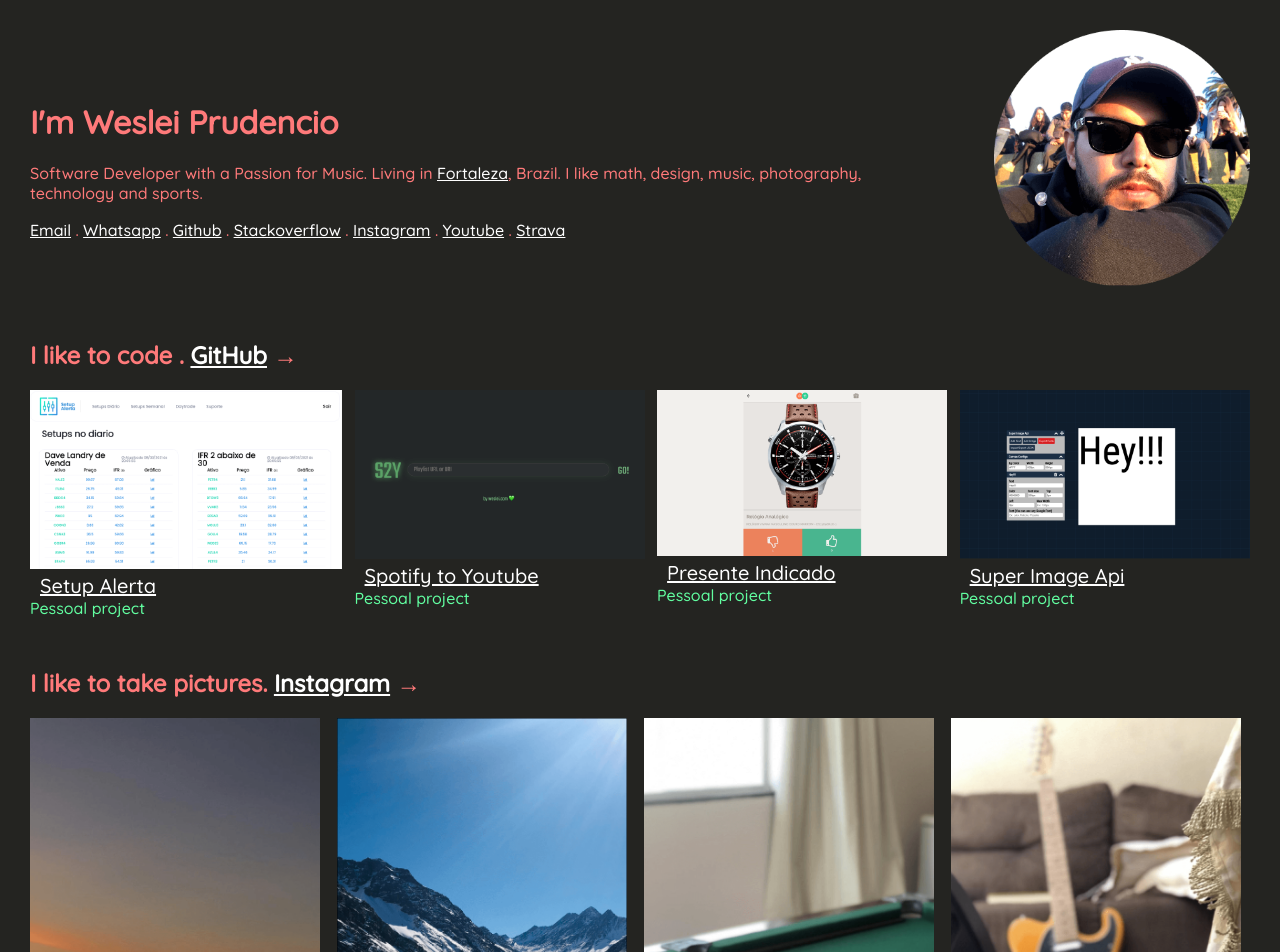
Repository: wprudencio/mywebsite
Page: index_src.html
These files come from the project's save history. The page is drawn as it stood at one moment and after the next save; the edit follows.
The browser window is 1280 px wide. The pictures show the part of the page from y = 0 to 952 px (the page is 1973 px tall before and 1993 px after).

Above is the page before, as saved 2021-04-15 21:15:26.

After the next save:
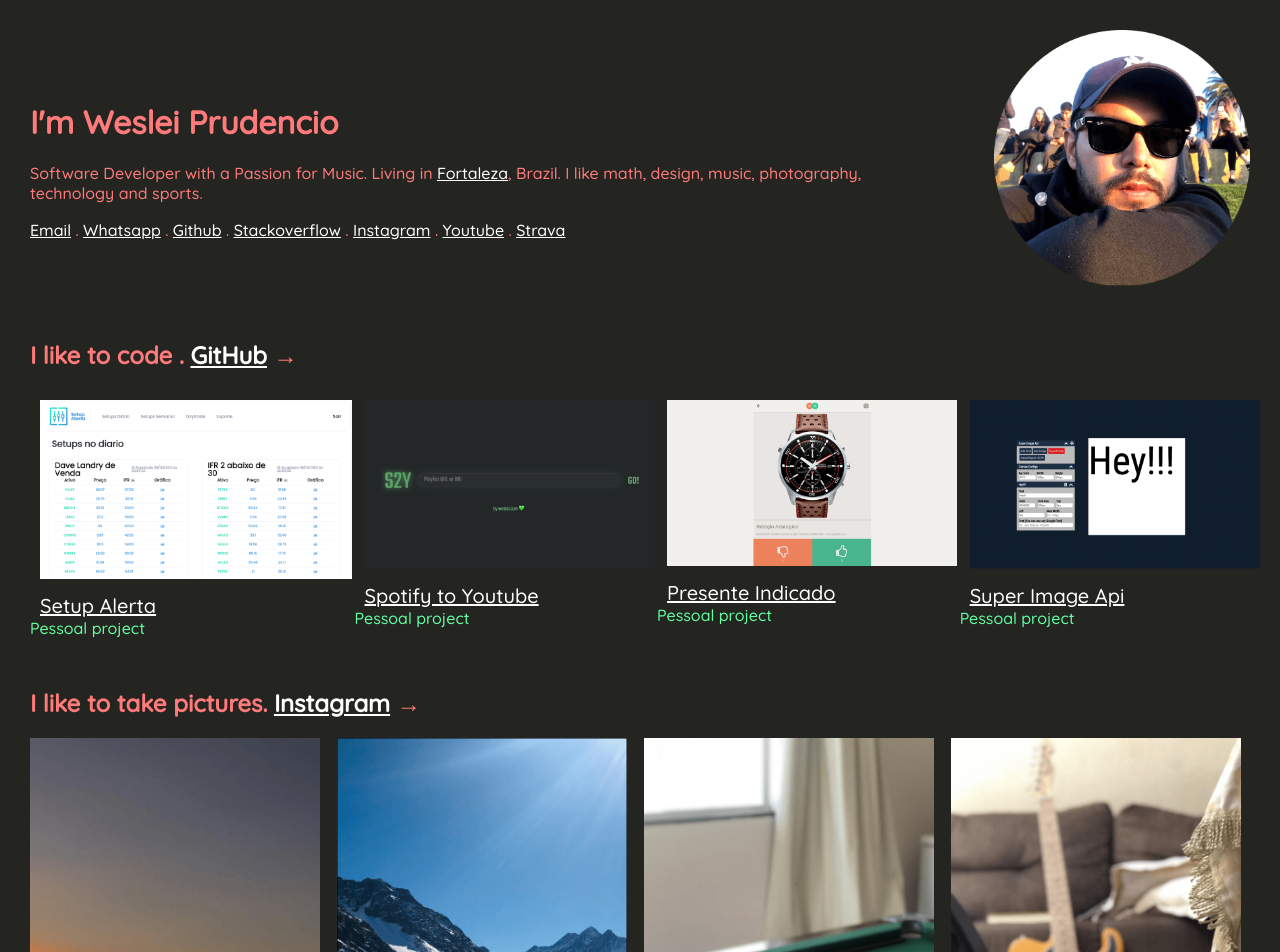
Saved 25 s later.
--- a/style.css
+++ b/style.css
@@ -37,7 +37,7 @@ a {
   margin: 10px;
 }
 
-.code-content > * :first-child {
+.code-content :first-child {
   margin: 10px;
 }
 
